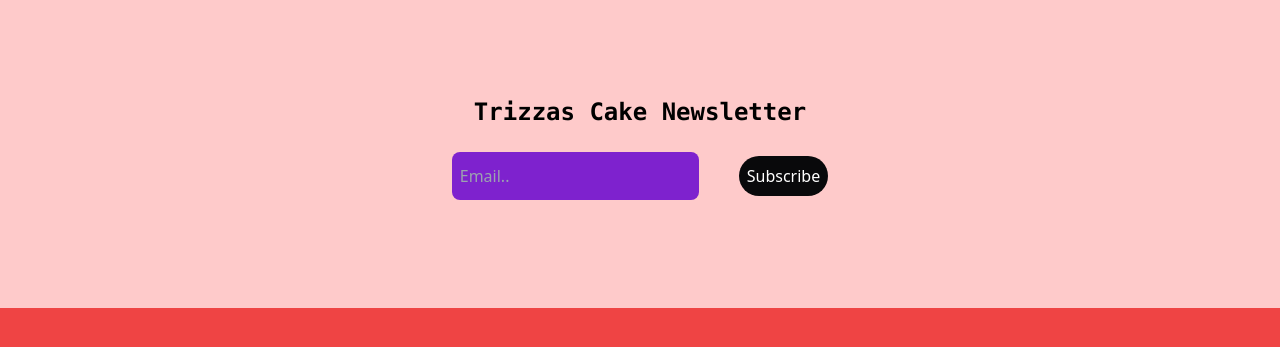
Repository: Semanmernstack/mailchimp-newsletter
Page: /
The author's editor kept a copy of each file at every save. The page is drawn from the files as they stood at one save, then again after the next save.
The browser window is 1280 px wide. The pictures show the whole page.
The project was rebuilt for these pictures with package versions that can differ from the ones it lists, and the page was loaded fresh each time. The framework's server and built-in components were replaced by stand-ins that run in the browser. Also part of the build but not shown: next.config.js.

Above is the page before, as saved 2023-05-26 05:31:45.

### app/layout.tsx
import './globals.css'




export const metadata = {
  title: 'Create Next App',
  description: 'Generated by create next app',
}

export default function RootLayout({
  children,
}: {
  children: React.ReactNode
}) {
  return (
    <html lang="en">
      <body className='min-h-screen bg-red-500'> {children}</body>
    </html>
  )
}

### app/page.tsx
import Mailing from "./components/Mailing";


export default function Home() {
  return (
    <main className="flex bg-red-200 min-h-screen-[50vh] flex-col items-center justify-between p-24">
    <h1 className="font-mono font-extrabold text-2xl h-12">
      Trizzas Cake Newsletter
    </h1>
    <Mailing/>
    </main>
  )
}

### app/components/Mailing.tsx
"use client"
import React, { FormEvent, useRef, useState } from 'react'

function Mailing() {
    const [input, setInput] = useState<string>("")
    const [mailError, setMailError] = useState<string> ("")
    const [mailOk, setMailOk] = useState<string>("")

    const handleSubmit = async (e: FormEvent<HTMLFormElement>) => {
        e.preventDefault()
        const email = input;


        const res = await fetch("/api/mailSub", {
            method: 'POST',
            headers: {
                "Content-Type": "application/json",
            },

            body: JSON.stringify({email}),

        })

        const data = await res.json()
        if (data.error) {
            setMailError('Hey you already subscribe to trizzas cake')

            return
        }
        setMailOk(data.res)
        setInput("")

    }
  return (
    <div className=" flex flex-col items-center justify-center h-min-screen">
        <form className="flex sm:flex-col shadow-3xl" onSubmit={handleSubmit}>
            <div>
                <input type="email"
                    placeholder='Email..'
                    value={input}

                    onChange={(e) => setInput(e.target.value)}
                    required
                    className="outline-none text-white bg-purple-700 h-12 mb-3 p-2 rounded-lg mr-10 border-none from-fuchsia-400 "

                 />
                 <button className="cursor-pointer mt-3 text-white bg-zinc-950 p-2  rounded-xl md:rounded-3xl " type='submit' disabled={!input}    >
                    Subscribe
                 </button>
            </div>

        </form>
        {(mailOk || mailError ) && (
            <div className="mt-5 text-sm animate-bounce">
             {mailOk ?(<p className=" bg-red-900 p-1">Subscribe</p>):(<p className="bg-green-500 p-1">You already Subscribed</p>)}
            </div>
        )}



    </div>
  )
}

export default Mailing

Loaded but not shown: app/globals.css (common file); tailwind.config.js (common file)

After the next save:
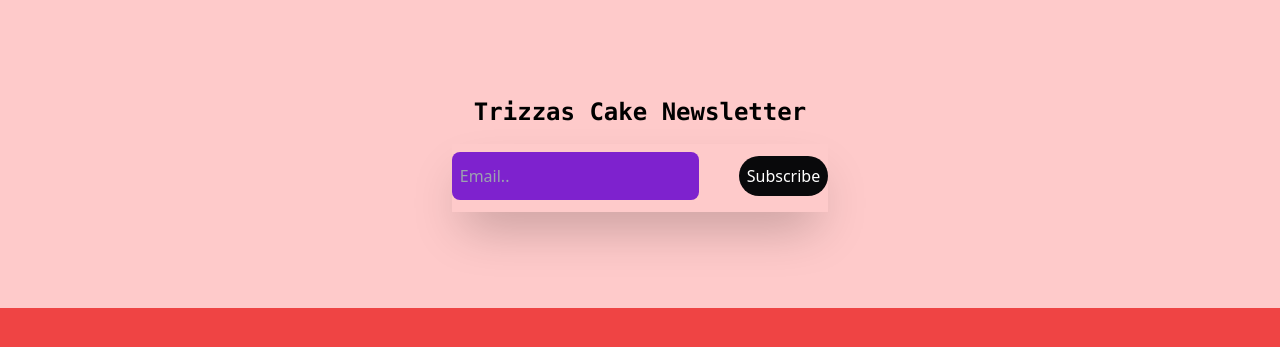
Saved 23 s later.
--- a/app/components/Mailing.tsx
+++ b/app/components/Mailing.tsx
@@ -33,7 +33,7 @@
     }
   return (
     <div className=" flex flex-col items-center justify-center h-min-screen">
-        <form className="flex sm:flex-col shadow-3xl" onSubmit={handleSubmit}>
+        <form className="flex sm:flex-col shadow-2xl" onSubmit={handleSubmit}>
             <div>
                 <input type="email"
                     placeholder='Email..'
